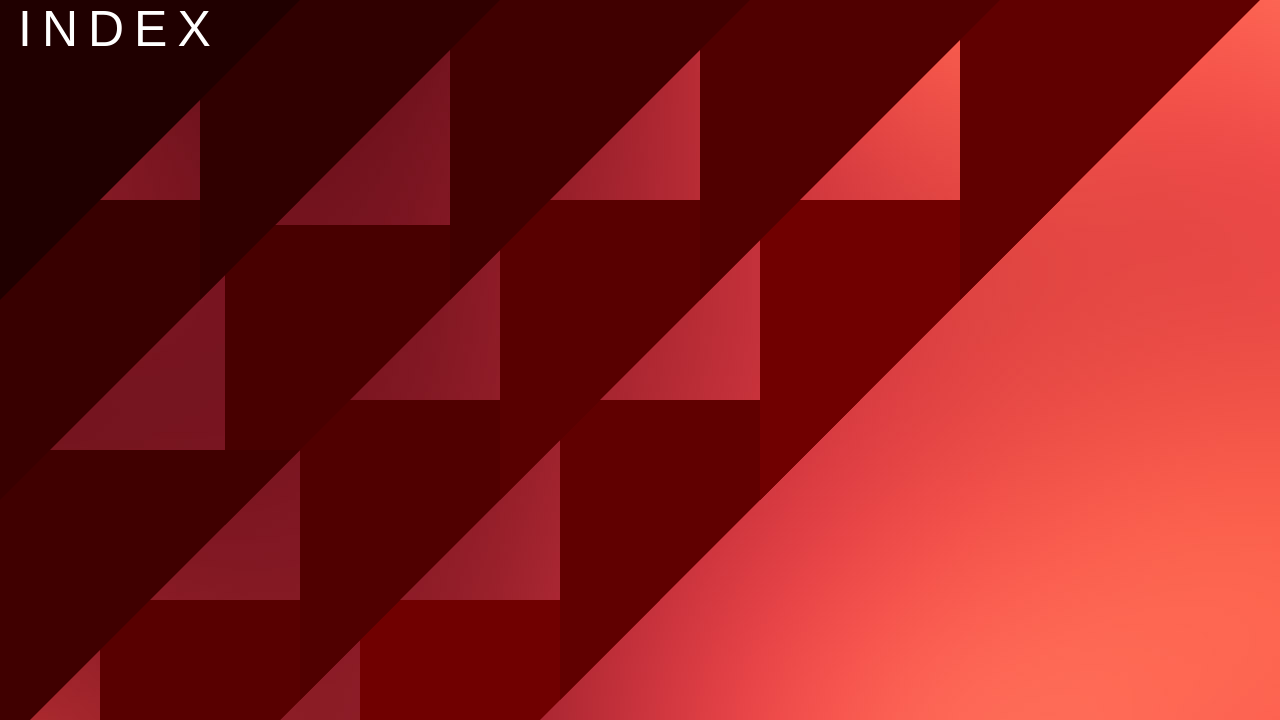
Repository: Djiun/djiun.github.io
Page: compositions/c3_1.html
The author's editor kept a record of every edit. The page is drawn from the files as they stood at one moment, then again after the next edit.
The browser window is 1280 px wide. The pictures show the whole page.

Above is the page before.

After the next edit:
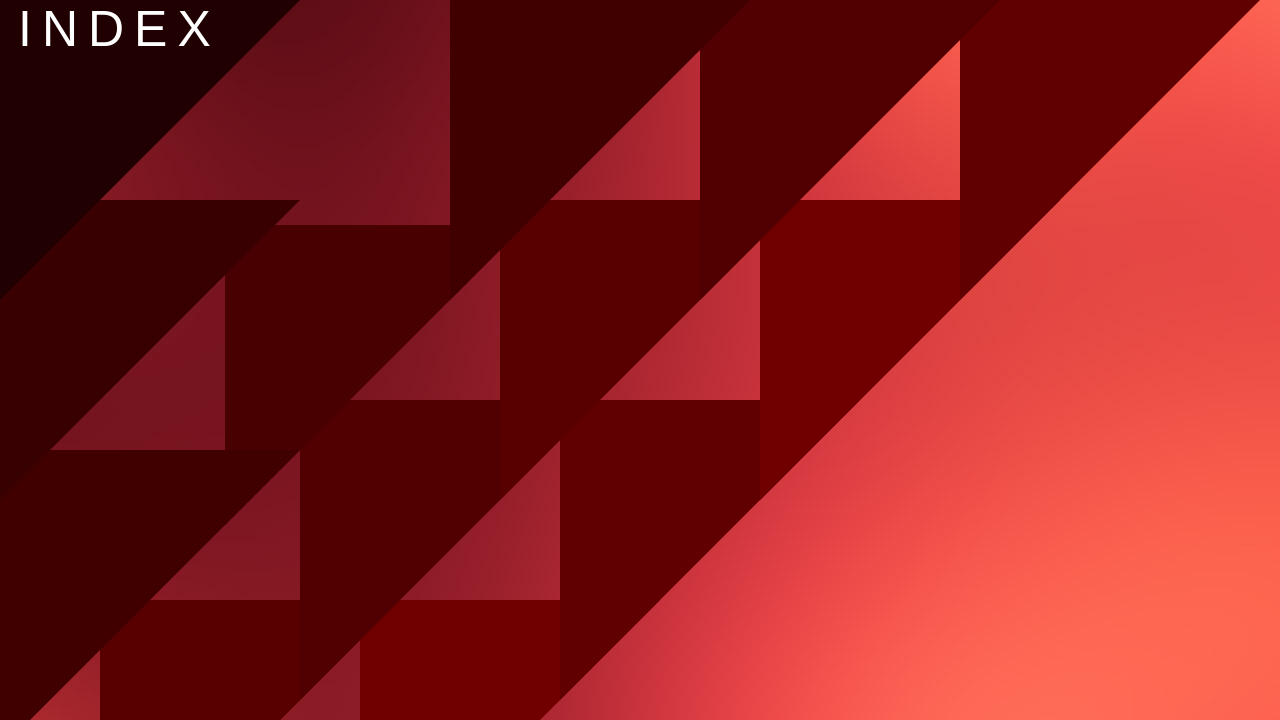
The edit:
--- a/compositions/c3_1.html
+++ b/compositions/c3_1.html
@@ -15,33 +15,19 @@
 	<div class="t16"></div>
 	<div class="t15"></div>
 	<div class="t14"></div>
-
 	<div class="t13"></div>
-
 	<div class="t12"></div>
-
 	<div class="t11"></div>
-
 	<div class="t10"></div>
-
 	<div class="t9"></div>
-
 	<div class="t8"></div>
-
 	<div class="t7"></div>
-
 	<div class="t6"></div>
-
 	<div class="t5"></div>
-
 	<div class="t4"></div>
-
-	<div class="t3"></div>
-
+	<div class="t3"></div
 	<div class="t2"></div>
-
 	<div class="t1"></div>
-
 	<div class="dog">
 	<a href="index.html">INDEX</a>
 	</div>

After the edit that followed:
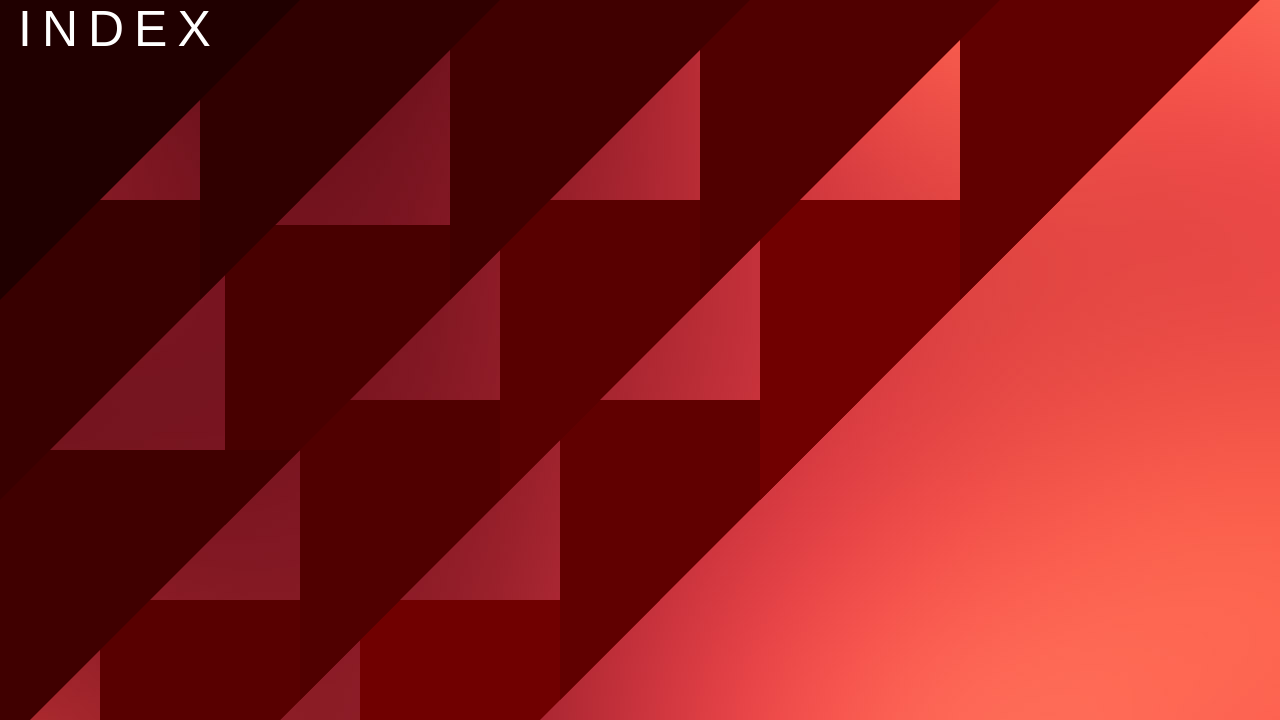
The edit:
--- a/compositions/c3_1.html
+++ b/compositions/c3_1.html
@@ -25,7 +25,7 @@
 	<div class="t6"></div>
 	<div class="t5"></div>
 	<div class="t4"></div>
-	<div class="t3"></div
+	<div class="t3"></div>
 	<div class="t2"></div>
 	<div class="t1"></div>
 	<div class="dog">
